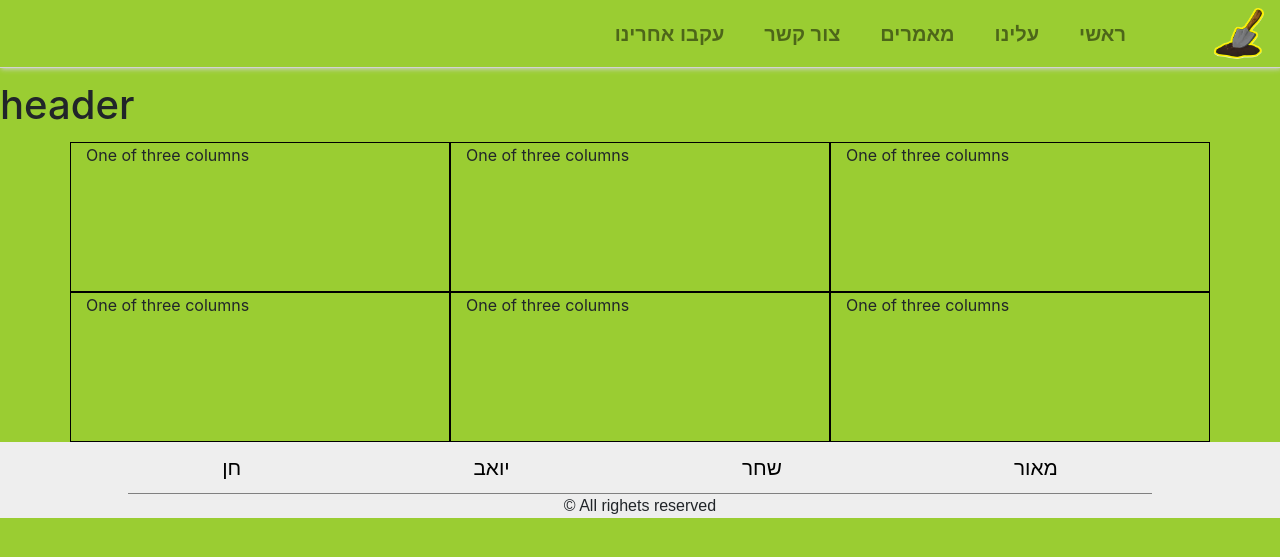
Repository: yoavBenZion/Blog-Zubi
Page: articlesPage.html
The author's editor kept a copy of each file at every save. The page is drawn from the files as they stood at one save, then again after the next save.
The browser window is 1280 px wide. The pictures show the whole page.
Some web fonts or font styles are not loaded; a fallback is used. Some web libraries are served in a nearby version.

Above is the page before, as saved 2017-10-26 11:32:26.

After the next save:
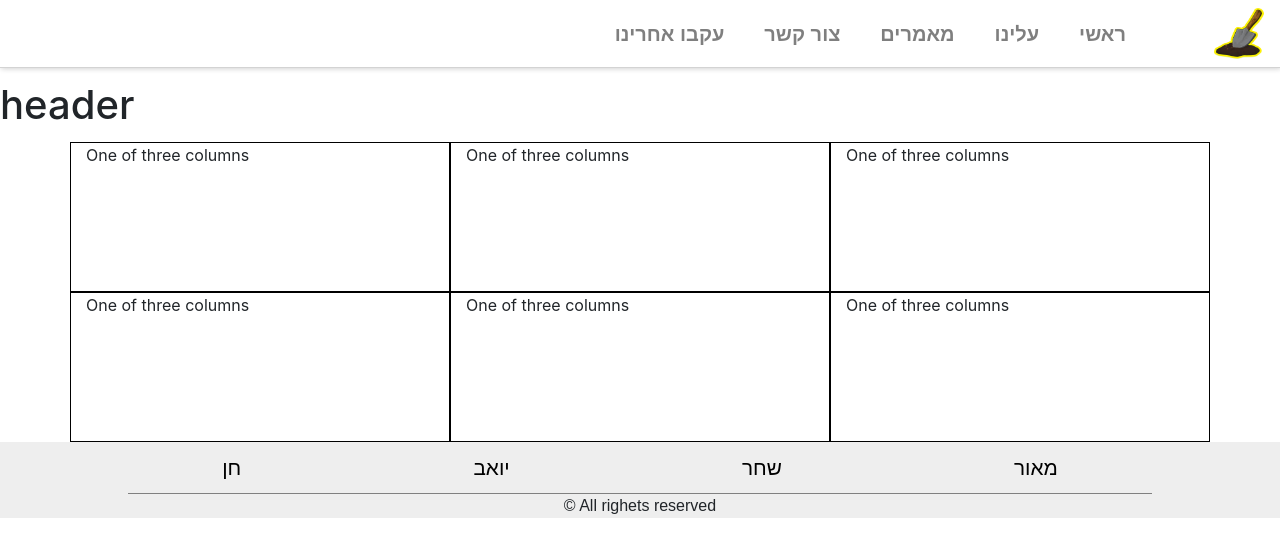
Saved 24 s later.
--- a/css/articlesPage.css
+++ b/css/articlesPage.css
@@ -1,11 +1,10 @@
 /* Grid */
 
 body {
-    background-color: yellowgreen;
+    background-color: ;
 }
 
 .col {
     height: 150px;
-    width: 15%;
     border: 1px solid black;
 }
